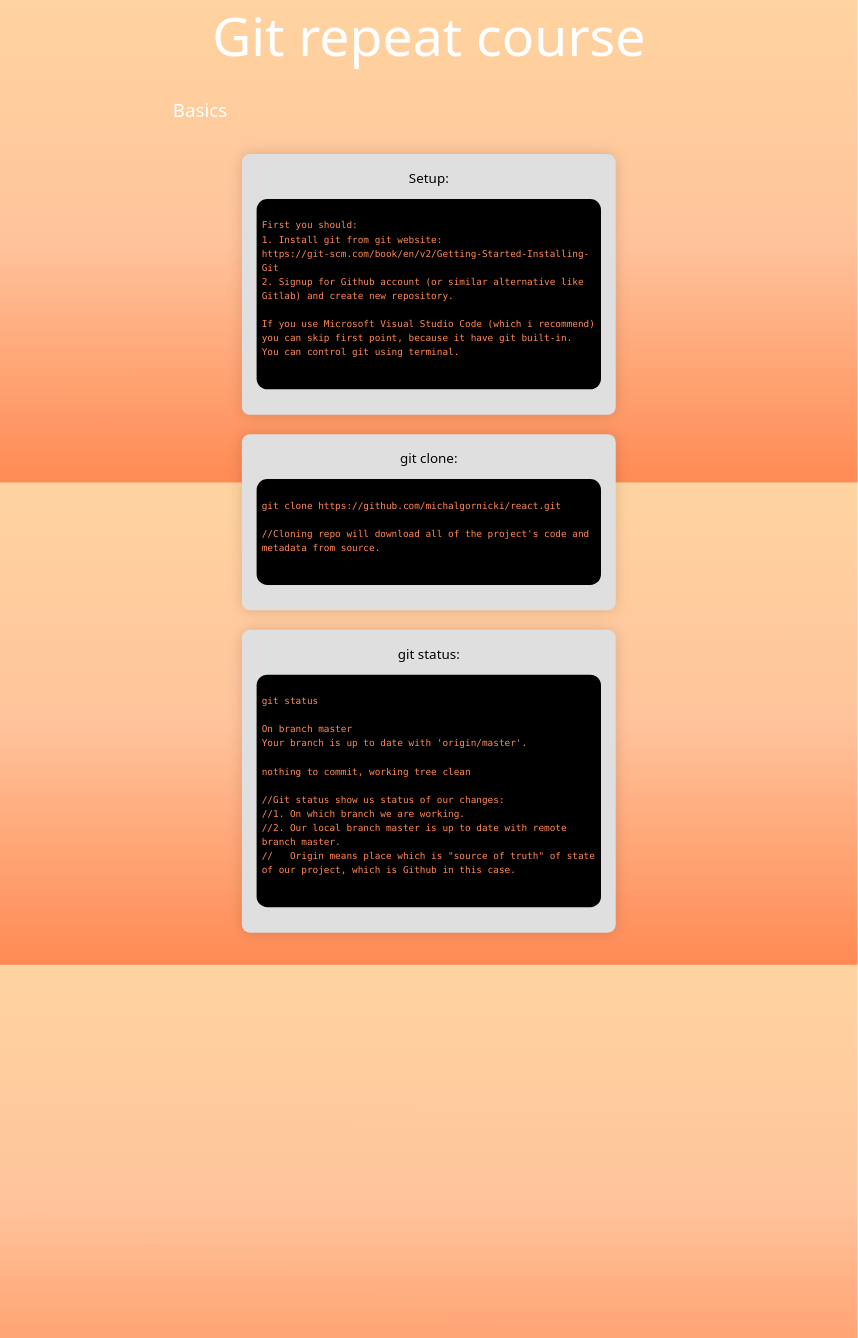
Repository: michalgornicki/git
Page: /
These files come from the project's save history. The page is drawn as it stood at one moment and after a run of saves; the edit follows.
The browser window is 1280 px wide. The pictures show the whole page, at 67% of full size.
Backgrounds fixed to the window are drawn as part of the page. The project was rebuilt for these pictures with package versions that can differ from the ones it lists, and the page was loaded fresh each time. Imported but missing from the stored project, and not drawn on this page: src/components/DOM manipulation.jsx, src/components/async.jsx, src/components/loops.jsx, src/components/numbers.jsx, src/components/variables.jsx, src/components/window.jsx.

Above is the page before, as saved 2022-02-10 08:10:08.

After the next 4 saves:
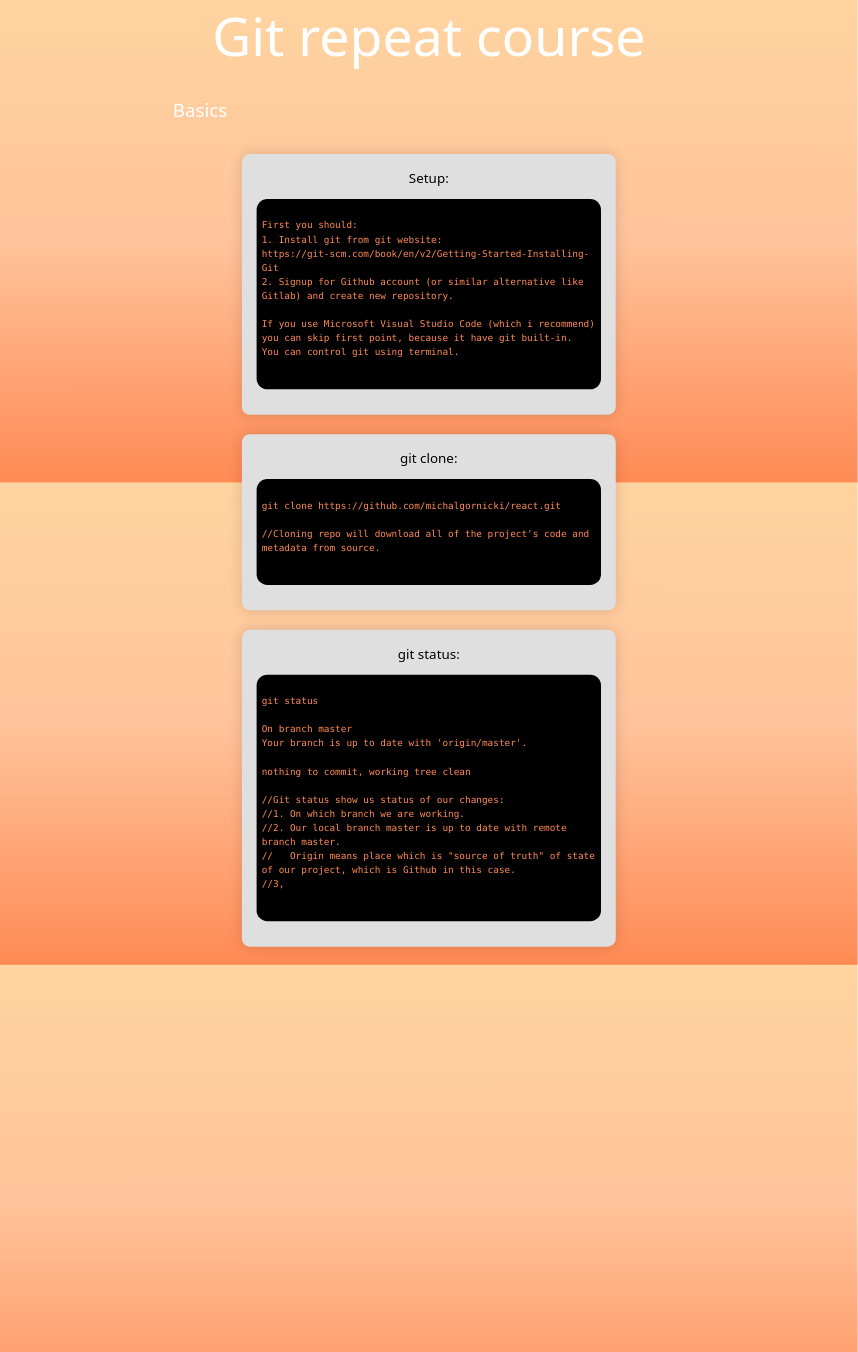
The 4 saves are shown as one change because they came seconds apart.
The last was saved 47 s later.
--- a/src/components/arrays.jsx
+++ b/src/components/arrays.jsx
@@ -45,6 +45,7 @@ nothing to commit, working tree clean
 //1. On which branch we are working.
 //2. Our local branch master is up to date with remote branch master.
 //   Origin means place which is "source of truth" of state of our project, which is Github in this case.
+//3,
           `}</pre>
           </div>
       </div>
